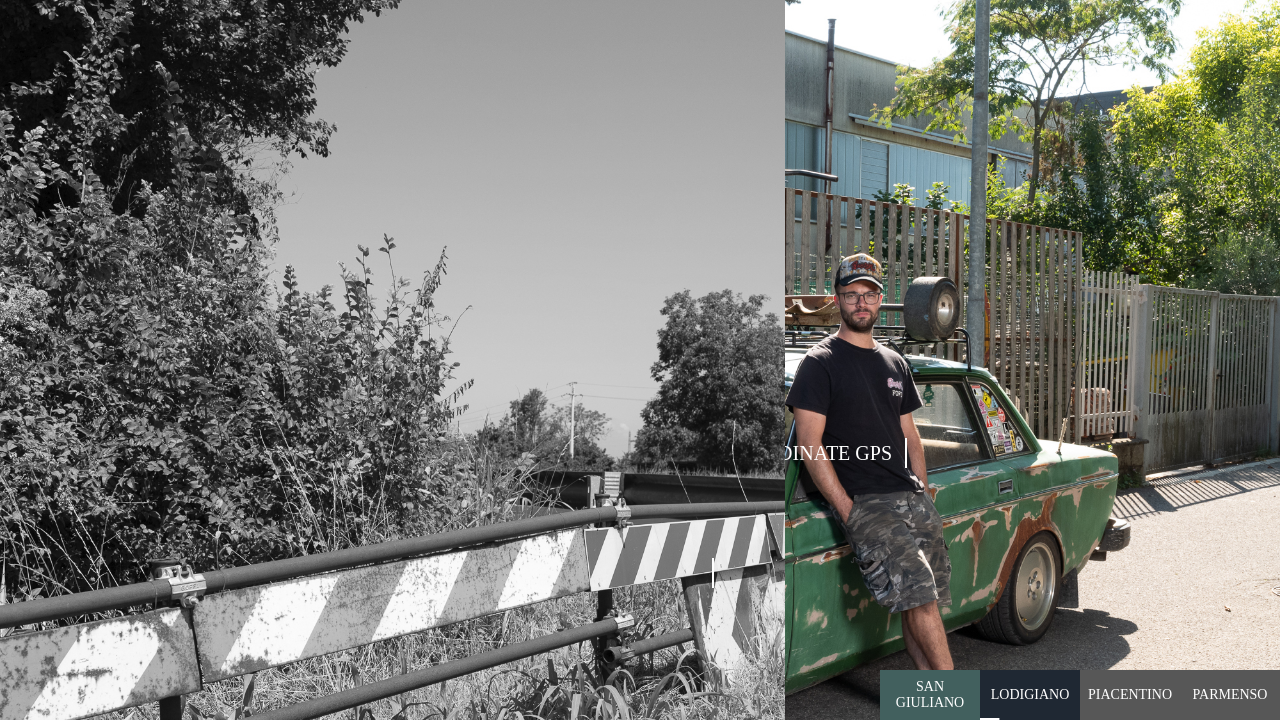
Repository: andrealepori/creativeclub
Page: css/font-awesome/slider/index.html
An editor plug-in stored every save of this project. The page is shown before and after the next save, followed by the edit.
The browser window is 1280 px wide. The pictures show the whole page.
Some web fonts or font styles are not loaded; a fallback is used.

Above is the page before, as saved 2020-12-08 12:44:34.
Console error: TypeError: Cannot read properties of null (reading 'addEventListener')

After the next save:
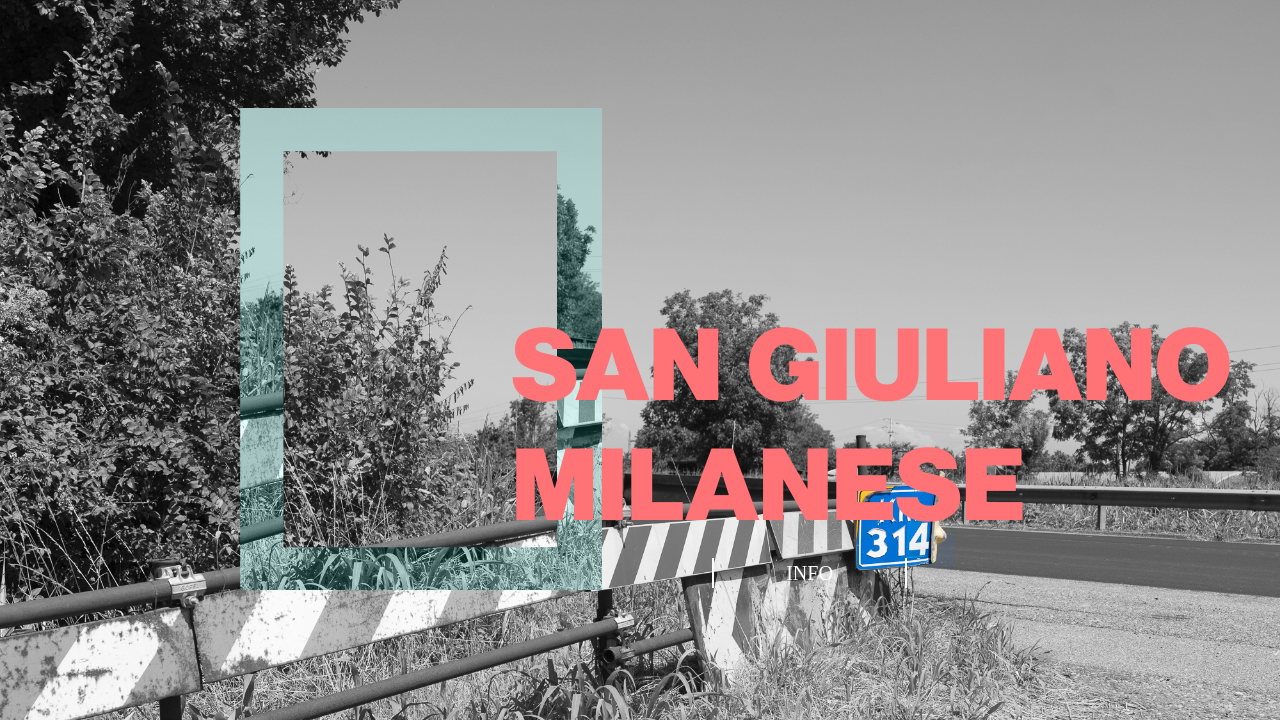
Console error: TypeError: Cannot read properties of null (reading 'classList')
Saved 109 s later.
--- a/css/font-awesome/slider/index.html
+++ b/css/font-awesome/slider/index.html
@@ -121,6 +121,7 @@
                     <div class="fnc-nav__bg m--navbg-red"></div>
                     <div class="fnc-nav__bg m--navbg-blue"></div>
                 </div>
+                <!--
                 <div class="fnc-nav__controls">
                     <button class="fnc-nav__control">
          SAN GIULIANO
@@ -143,15 +144,15 @@
             </nav>
         </div>
         <!-- slider end -->
-        <div class="demo-cont__credits">
-            <div class="demo-cont__credits-close"></div>
+                <div class="demo-cont__credits">
+                    <div class="demo-cont__credits-close"></div>
 
-            <p class="crediti">
-                foto scattata il:
+                    <p class="crediti">
+                        foto scattata il:
 
-            </p>
+                    </p>
+                </div>
         </div>
-    </div>
     </div>
     <!-- partial -->
     <script src="./script.js"></script>

After the save that followed:
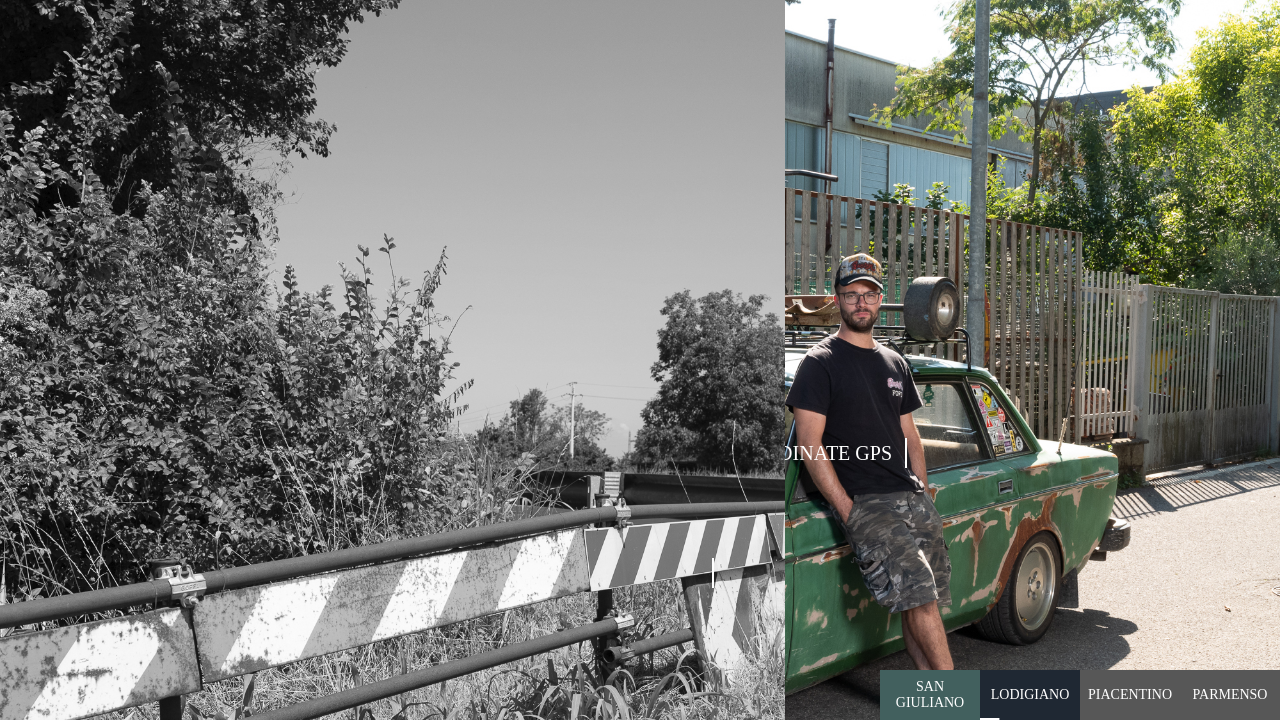
Console error: TypeError: Cannot read properties of null (reading 'addEventListener')
Saved 16 s later.
--- a/css/font-awesome/slider/index.html
+++ b/css/font-awesome/slider/index.html
@@ -121,7 +121,6 @@
                     <div class="fnc-nav__bg m--navbg-red"></div>
                     <div class="fnc-nav__bg m--navbg-blue"></div>
                 </div>
-                <!--
                 <div class="fnc-nav__controls">
                     <button class="fnc-nav__control">
          SAN GIULIANO
@@ -144,15 +143,15 @@
             </nav>
         </div>
         <!-- slider end -->
-                <div class="demo-cont__credits">
-                    <div class="demo-cont__credits-close"></div>
+        <div class="demo-cont__credits">
+            <div class="demo-cont__credits-close"></div>
 
-                    <p class="crediti">
-                        foto scattata il:
+            <p class="crediti">
+                foto scattata il:
 
-                    </p>
-                </div>
+            </p>
         </div>
+    </div>
     </div>
     <!-- partial -->
     <script src="./script.js"></script>
